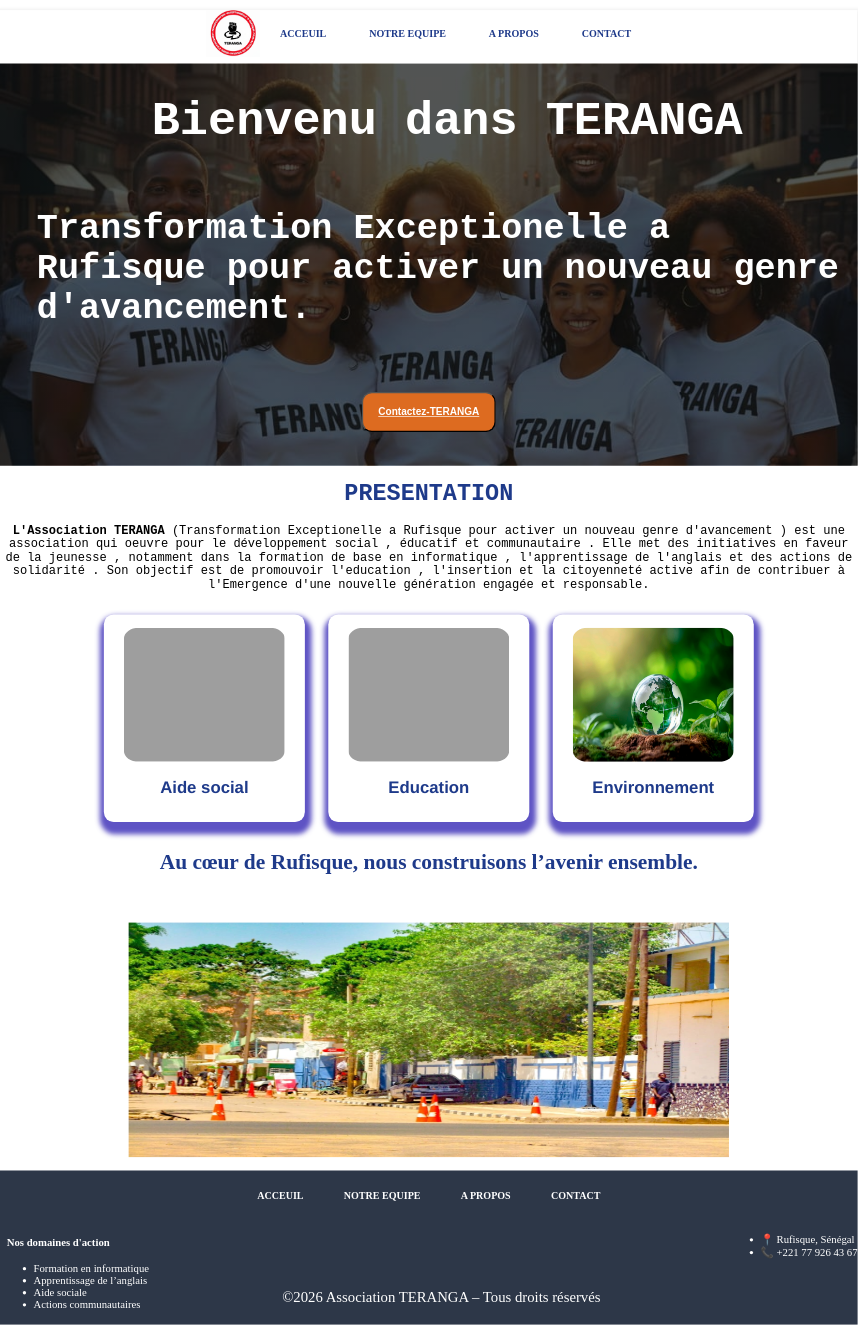
Repository: assanendao171/projet-teranga
Page: acceuil.html
An editor plug-in stored every save of this project. The page is shown before and after the next save, followed by the edit.
The browser window is 1280 px wide. The pictures show the whole page, at 67% of full size.
Pictures or frames that could not be fetched are drawn as grey boxes.

Above is the page before, as saved 2026-02-12 10:33:19.

### acceuil.html
<!doctype html>
<html lang="en">
  <head>
    <meta charset="UTF-8" />
    <meta name="viewport" content="width=device-width, initial-scale=1.0" />
    <title>Document</title>
    <link rel="stylesheet" href="acceuil.css" />
  </head>
  <body>
    <!-- l'entete -->
    <header>
      <div class="principale">
      <!-- logo -->
       <div class="contain-logo">
      <img src="image/logo.jpeg" alt="" class="logo" />
      </div>
      <div class="btn-nav">
        <nav>
          <a href="acceuil.html" target="_blank">ACCEUIL</a>
          <a href="equipe.html" target="_blank">NOTRE EQUIPE</a>
          <a href="propos.html" target="_blank">A PROPOS</a>
          <a href="contact.html" target="_blank">CONTACT</a>

        </nav>
      </div>
      </div>
    </header>
    <!-- le hero -->
    <div class="hero">
      <div class="texte-accrosse">
        <h1>Bienvenu dans TERANGA</h1>
        <h2>
          Transformation Exceptionelle a Rufisque pour activer un nouveau genre
          d'avancement.
        </h2>
      </div>
      <!-- btn-hero -->
      <div class="btn">
        <button class="btn-hero">
          <a href="contact.html" target="_blank">Contactez-TERANGA</a>
        </button>
      </div>
    </div>
    <!-- le corps -->
    <main>
      <h1 id="h-presentation">PRESENTATION</h1>
      <p id="p-presentation">
        <strong>L'Association TERANGA </strong> (Transformation Exceptionelle a
        Rufisque pour activer un nouveau genre d'avancement ) est une
        association qui oeuvre pour le développement social , éducatif et
        communautaire . Elle met des initiatives en faveur de la jeunesse ,
        notamment dans la formation de base en informatique , l'apprentissage de
        l'anglais et des actions de solidarité . Son objectif est de promouvoir
        l'education , l'insertion et la citoyenneté active afin de contribuer à
        l'Emergence d'une nouvelle génération engagée et responsable.
      </p>
      <div class="contain-image">
        <div class="image1">
          <img
            src="image/aidesocial.jpg"
            alt="aide social"
            class="image-aide" />
          <span id="texte-aide-social">Aide social</span>
        </div>
        <!-- ____________________ -->
        <div class="image1">
          <img src="image/education.jpg" alt="education" class="image-aide" />
          <span id="texte-aide-social">Education</span>
        </div>
        <!-- ___________________________________ -->
        <div class="image1">
          <img
            src="image/environnement.jpg"
            alt="environnement"
            class="image-aide" />
          <span id="texte-aide-social">Environnement</span>
        </div>
      </div>
      <div id="titre-finale">
        <h1>Au cœur de Rufisque, nous construisons l’avenir ensemble.</h1>
      </div>
      <div id="lastphoto">
        <img
          src="image/lastphoto.jpeg"
          alt="image rufisque"
          class="lastphoto" />
      </div>
    </main>
    <!-- le pieds -->
    <footer>
      <nav class="btn-footer">
        <a href="acceuil.html" target="_blank">ACCEUIL</a>
        <a href="equipe.html" target="_blank">NOTRE EQUIPE</a>
        <a href="propos.html" target="_blank">A PROPOS</a>
        <a href="contact.html" target="_blank">CONTACT</a>

      </nav>
      <div class="contain-footer">
        <div class="liste-footer">
          <h4>Nos domaines d'action</h4>
          <ul>
            <li>Formation en informatique</li>
            <li>Apprentissage de l’anglais</li>
            <li>Aide sociale</li>
            <li>Actions communautaires</li>
          </ul>
        </div>
        <div class="copyright">
          <p>&copy;2026 Association TERANGA – Tous droits réservés</p>
        </div>
        <div class="contact">
          <ul>
            <li>📍 Rufisque, Sénégal</li>
            <li>📞 +221 77 926 43 67</li>
          </ul>
        </div>
      </div>
    </footer>
  </body>
</html>

### acceuil.css
body{
    margin: 15px 0 5px 0;
}
header{
width: 100%;
height: 80px;
background-color: #FFFFFF;
box-shadow: 2px 6px 6px 6px rgba(0, 0, 0, 0.1);
/* display: flex;
align-items: center;
justify-content: center; */
}
.principale{
   display: flex;
align-items: center;
justify-content: center;
}
.contain-logo{
    display: flex;
    flex-direction: row;
    justify-content: flex-start;
}
.btn-nav{
        display: flex;
    flex-direction: row;
    justify-content: flex-end;
}
nav a{
    margin: 30px;
    color: #1E3A8A;
    text-decoration: none;
    font-size: 15px;
    font-weight:900;
}
nav a:hover{
    text-decoration: underline;
}
.logo{
    width: 80px;
left: 10px;
}
.hero{
  width:100%;
  height:600px ;
  background-image:
    linear-gradient(rgba(0, 0, 0, 0.6), rgba(0, 0, 0, 0.6)),
    url("image/background.jpeg");
  background-size: cover;
  background-position: top;
  background-repeat: no-repeat;
}
.texte-accrosse{
display: flex;
flex-direction: column;
justify-content: center;
align-items: center;
color: rgb(255, 255, 255);
font-size: 35px;
font-family: 'Courier New', Courier, monospace;
margin-left: 55px;
}
.btn-hero{
width: 200px;
height: 60px;
border-radius: 15px;
background-color: #DD6B20;
font-size: 15px;
font-weight: 600;
color: #FFFFFF;

}
.btn-hero a{
color: #FFFFFF;
}
.btn{
    padding: 50px;
    display: flex;
    flex-direction: column;
    justify-content: center;
    align-items: center;
}
#h-presentation{
        color: #1E3A8A;

    text-align: center;
    font-size: 35px;
font-family: 'Courier New', Courier, monospace;
}
#p-presentation{
    text-align: center;
    font-size: 18px;
font-family: 'Courier New', Courier, monospace;
margin: 5px ;
}
.contain-image{
    padding-top: 30px;
    display: flex;
    gap: 35px;
    text-align: center;
    justify-content: center;
    align-items: center;
}
.image1{
    width: 300px;
    height: 310px;
    text-align: center;
    background-color: rgb(255, 255, 255);
    border-radius: 15px;
    box-shadow: 2px 10px 8px 8px rgba(49, 34, 180, 0.781);
    color: #1E3A8A;

}
.image-aide{
        width: 240px;
    height: 200px;
    padding: 20px;
    border-radius: 15%;
}
.image-aide:hover{
    transition: 0.5s;
    transform: scale(1.1);
}
#texte-aide-social{
        font-size: 25px;
        font-weight:bold;
font-family:'Franklin Gothic Medium', 'Arial Narrow', Arial, sans-serif
}
.lastphoto{
    padding-top: 50px;
    width: 70%;
    height: 350px;
}
#lastphoto{
    display: flex;
    flex-direction: column;
    justify-content: center;
    align-items: center;
}
#titre-finale{
    display: flex;
        flex-direction: column;
    justify-content: center;
    align-items: center;
    padding-top: 20px;
    color: #1E3A8A;
}
footer{
    background-color: #2D3748;
    width: 100%;
    height: 230px;
    margin-top: 20px;
}
.btn-footer{
    display: flex;
    flex-direction: row;
    justify-content: center;

}
.btn-footer a{
    padding: px;
    color: #FFFFFF;
    margin: 10x;
    font-size: 15px;
}
.liste-footer{
    margin-left: 10px;
        color: #FFFFFF;

}
.contact{
    display: flex;
    flex-direction: row;
    justify-content: flex-end;
    color: #FFFFFF;
}
.contain-footer{
    display: flex;
    flex-direction: row;
    justify-content: space-between;
}
.copyright{
        color: #FFFFFF;
    font-size: 22px;
    display: flex;
    flex-direction: column;
    justify-content: flex-end;
}

After the next save:
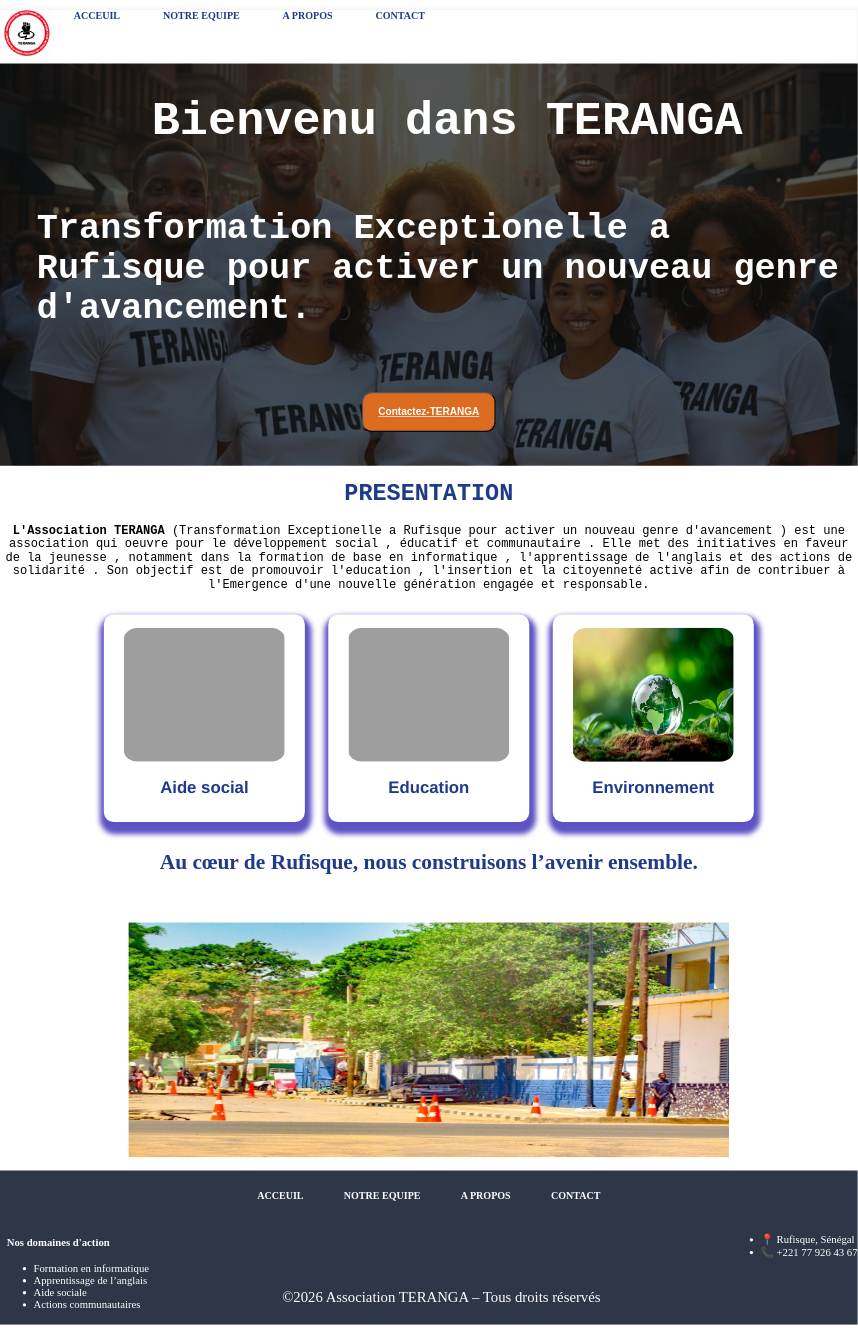
Saved 40 s later.
--- a/acceuil.css
+++ b/acceuil.css
@@ -12,8 +12,7 @@
 }
 .principale{
    display: flex;
-align-items: center;
-justify-content: center;
+
 }
 .contain-logo{
     display: flex;

After the save that followed:
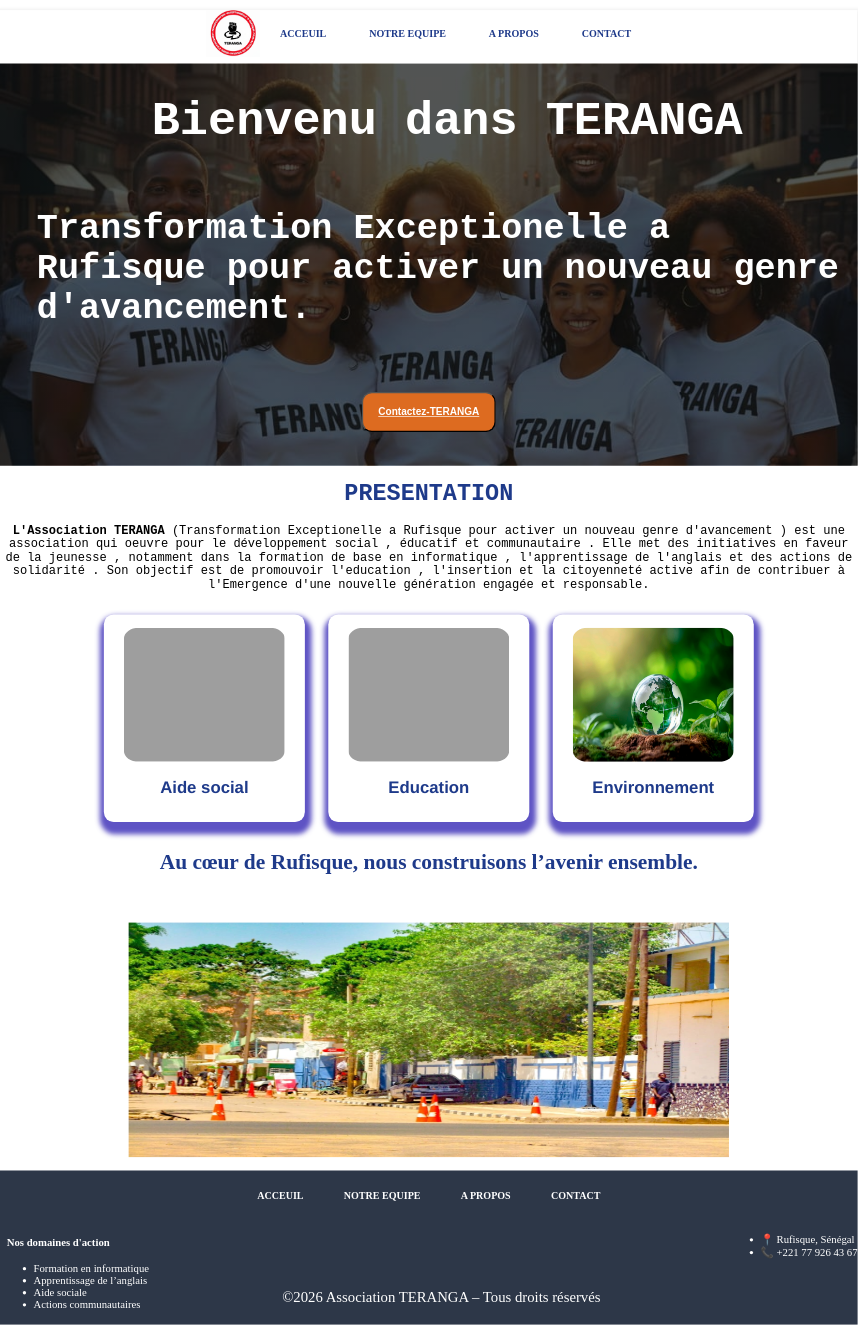
Saved 5 s later.
--- a/acceuil.css
+++ b/acceuil.css
@@ -12,7 +12,8 @@
 }
 .principale{
    display: flex;
-
+align-items: center;
+justify-content: center;
 }
 .contain-logo{
     display: flex;
